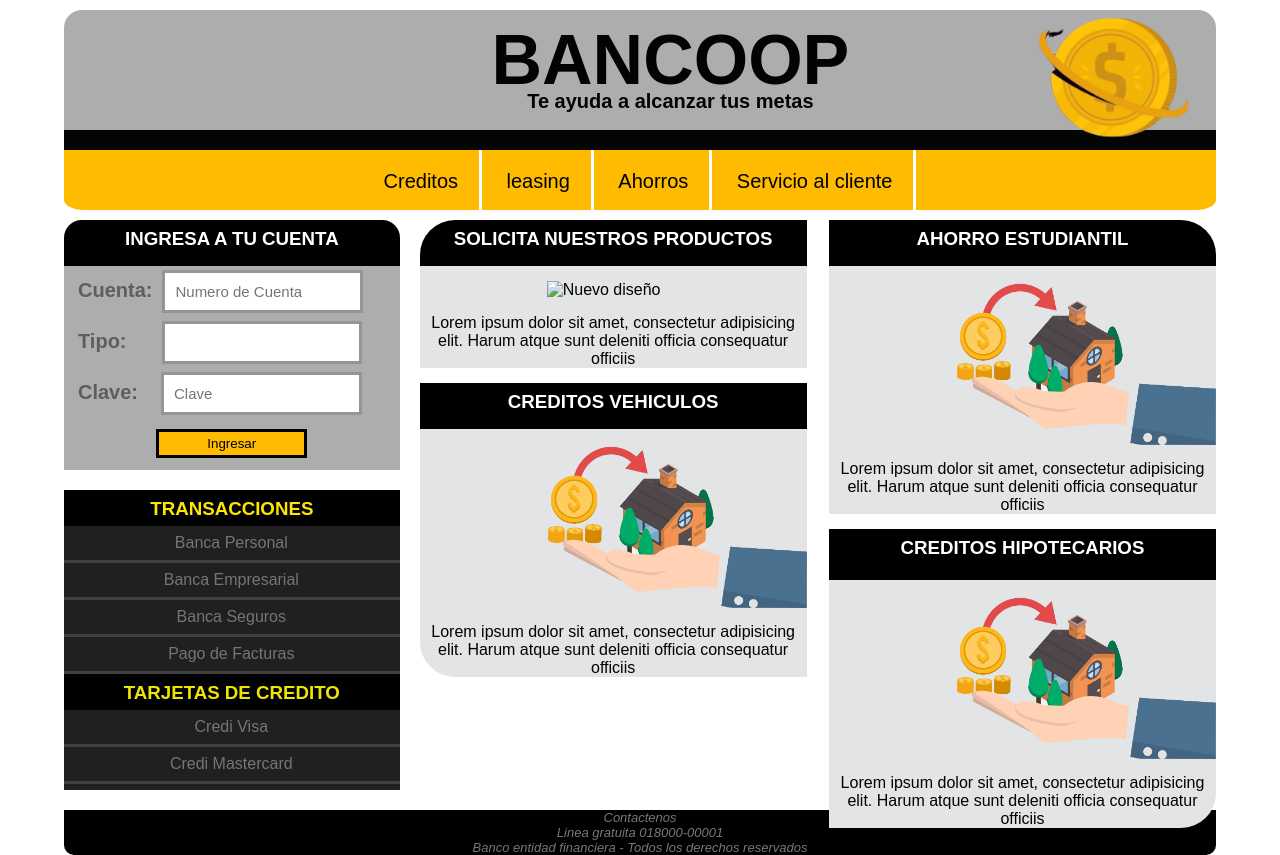
Repository: NickArregoces/BANCOOP
Page: Index.html
The author's editor kept a copy of each file at every save. The page is drawn from the files as they stood at one save, then again after a run of saves.
The browser window is 1280 px wide. The pictures show the whole page.

Above is the page before, as saved 2021-10-04 17:32:47.
Not found: {{/Images/Wallpaper(80).jpg}}

After the next 2 saves:
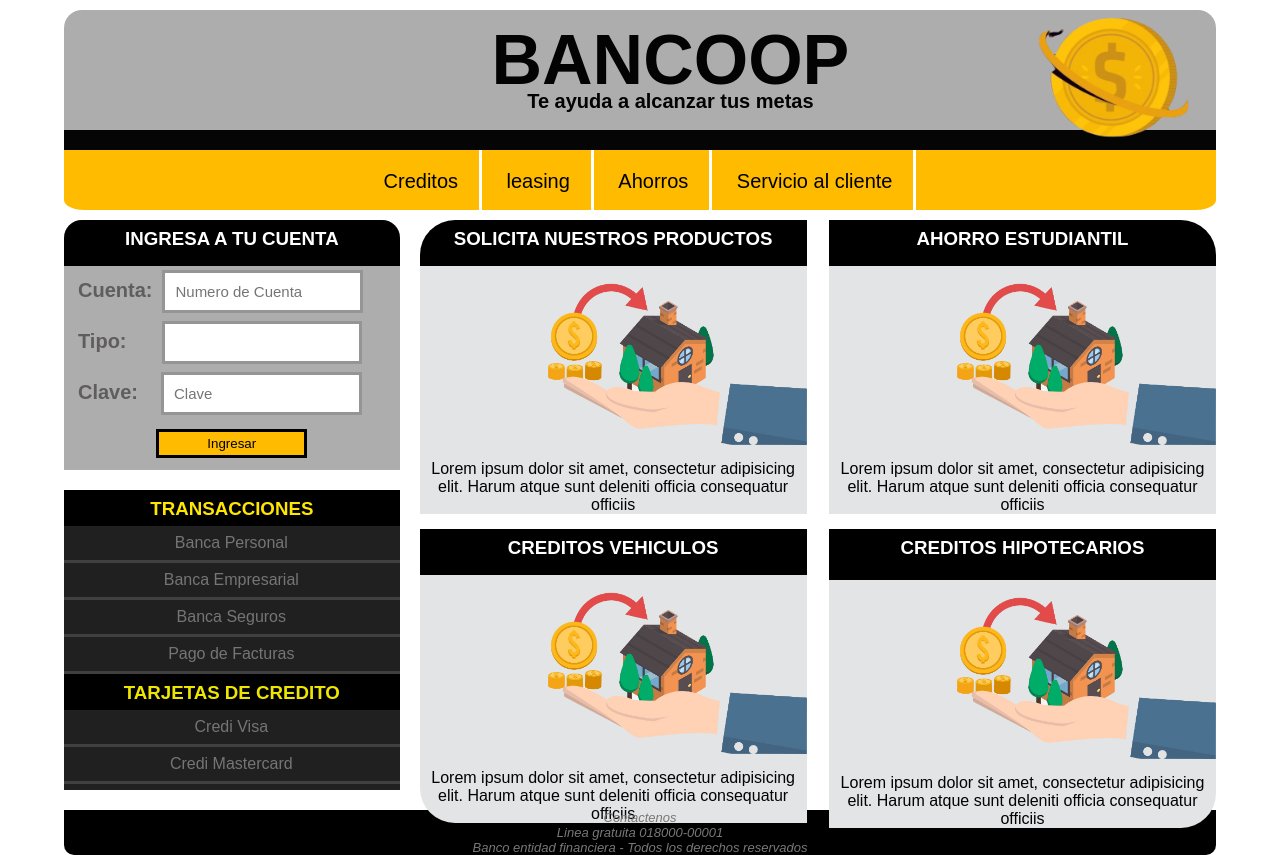
The 2 saves are shown as one change because they came seconds apart.
The last was saved 19 s later.
--- a/Index.html
+++ b/Index.html
@@ -73,7 +73,7 @@
                     <div class="solicita">
                         <h3 style="color: rgb(255, 255, 255);">SOLICITA NUESTROS PRODUCTOS</h3>
 
-                        <img src={{/Images/Wallpaper(80).jpg}} alt="Nuevo diseño">
+                        <img src="/Images/Wallpaper(80).jpg" alt="">
 
                         <p>Lorem ipsum dolor sit amet, consectetur adipisicing elit.
                             Harum atque sunt deleniti officia consequatur officiis</p>
